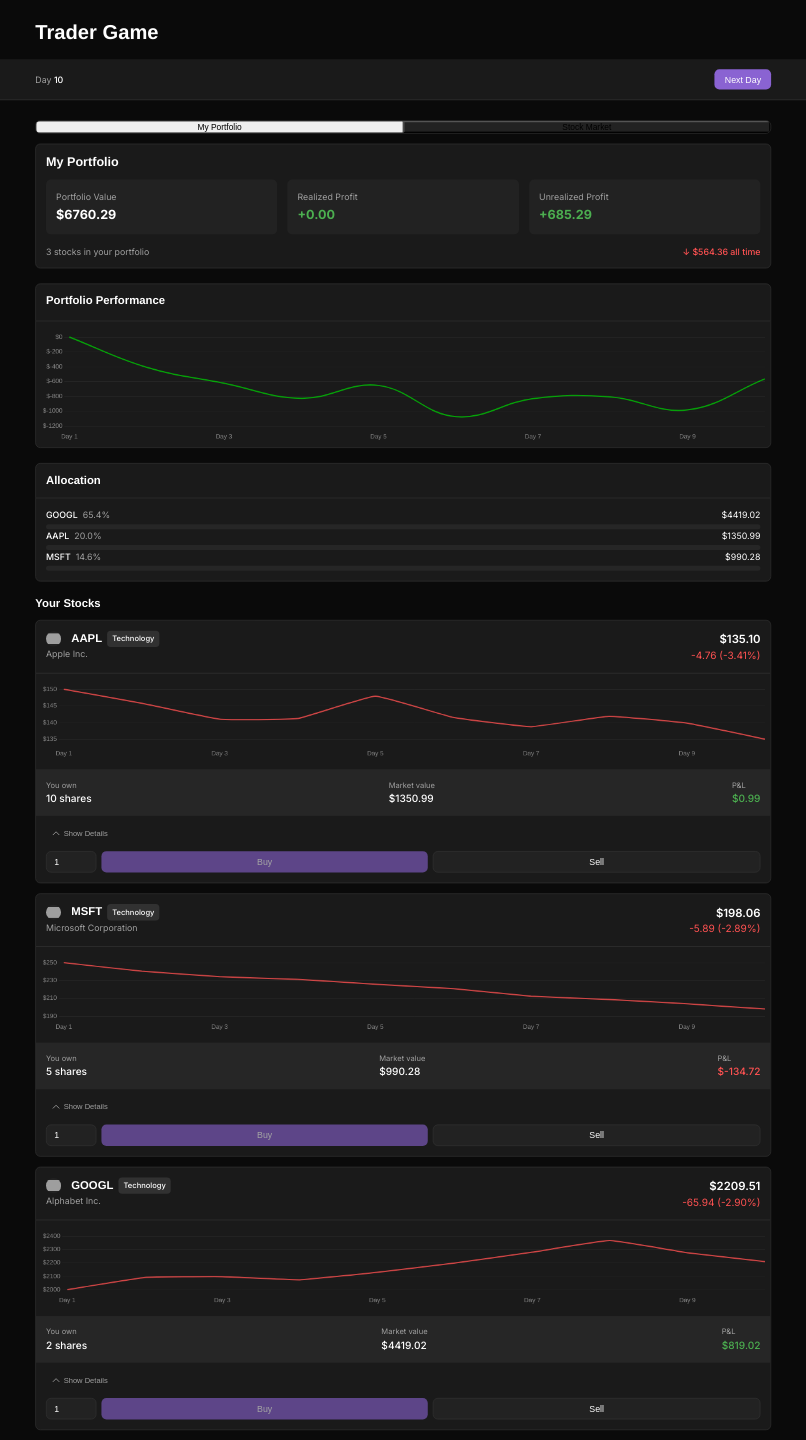
Repository: jp-valino/tradergame
Page: / (app in web-ui/)
The author's editor kept a copy of each file at every save. The page is drawn from the files as they stood at one save, then again after the next save.
The browser window is 1280 px wide. The pictures show the whole page, at 63% of full size.
Pictures or frames that could not be fetched are drawn as grey boxes. Some web fonts or font styles are not loaded; a fallback is used. The project was rebuilt for these pictures with package versions that can differ from the ones it lists, and the page was loaded fresh each time. Also part of the build but not shown: web-ui/src/components/StockMarket.tsx.

Above is the page before, as saved 2025-03-14 20:25:37.

### web-ui/public/index.html
<!DOCTYPE html>
<html lang="en">
  <head>
    <meta charset="utf-8" />
    <link rel="icon" href="%PUBLIC_URL%/favicon.ico" />
    <meta name="viewport" content="width=device-width, initial-scale=1" />
    <meta name="theme-color" content="#1e1e1e" />
    <meta
      name="description"
      content="Trader Game - A stock trading simulation game"
    />
    <link rel="apple-touch-icon" href="%PUBLIC_URL%/logo192.png" />
    <link rel="manifest" href="%PUBLIC_URL%/manifest.json" />
    <title>Trader Game</title>
    <link href="https://fonts.googleapis.com/css2?family=Switzer:wght@300;400;500;600;700&display=swap" rel="stylesheet">
  </head>
  <body>
    <noscript>You need to enable JavaScript to run this app.</noscript>
    <div id="root"></div>
    <!--
      This HTML file is a template.
      If you open it directly in the browser, you will see an empty page.

      You can add webfonts, meta tags, or analytics to this file.
      The build step will place the bundled scripts into the <body> tag.

      To begin the development, run `npm start` or `yarn start`.
      To create a production bundle, use `npm run build` or `yarn build`.
    -->
    <script>
      // Handle scrolling header effect
      document.addEventListener('DOMContentLoaded', function() {
        const handleScroll = () => {
          const header = document.querySelector('.site-header');
          if (header) {
            if (window.scrollY > 50) {
              header.classList.add('scrolled');
            } else {
              header.classList.remove('scrolled');
            }
          }
        };

        window.addEventListener('scroll', handleScroll);
        handleScroll(); // Initial check
      });
    </script>
  </body>
</html>

### web-ui/src/index.tsx
import React from 'react';
import ReactDOM from 'react-dom/client';
import App from './App';
import './styles/index.css';

const root = ReactDOM.createRoot(
  document.getElementById('root') as HTMLElement
);

root.render(
  <React.StrictMode>
    <App />
  </React.StrictMode>
);

### web-ui/src/App.tsx
import React, { useState, useEffect } from 'react';
import { StockPortfolio, StockTransaction } from './types';
import Header from './components/Header';
import StockMarket from './components/StockMarket';
import Portfolio from './components/Portfolio';
import {
  getPortfolio,
  getStocks,
  getStockPool,
  buyStock,
  sellStock,
  progressDay,
  resetPortfolio,
  savePortfolio,
  loadPortfolio,
  createStock
} from './services/api';
import './styles/index.css';

const App: React.FC = () => {
  const [portfolio, setPortfolio] = useState<StockPortfolio | null>(null);
  const [successMessage, setSuccessMessage] = useState<string | null>(null);
  const [errorMessage, setErrorMessage] = useState<string | null>(null);
  const [isScrolled, setIsScrolled] = useState(false);
  const [activeTab, setActiveTab] = useState<'portfolio' | 'market'>('portfolio');

  useEffect(() => {
    fetchPortfolio();

    // Add scroll event listener
    const handleScroll = () => {
      if (window.scrollY > 50) {
        setIsScrolled(true);
      } else {
        setIsScrolled(false);
      }
    };

    window.addEventListener('scroll', handleScroll);

    return () => {
      window.removeEventListener('scroll', handleScroll);
    };
  }, []);

  const fetchPortfolio = async () => {
    try {
      const data = await getPortfolio();
      setPortfolio(data);
    } catch (error) {
      console.error('Error fetching portfolio:', error);
      setErrorMessage('Failed to load portfolio data. Please try again.');
    }
  };

  const handleBuyStock = async (symbol: string, quantity: number) => {
    try {
      const transaction = await buyStock(symbol, quantity);
      setPortfolio(prevPortfolio => {
        if (!prevPortfolio) return null;

        // Find the stock in the portfolio
        const stockIndex = prevPortfolio.ownedStocks.findIndex(s => s.symbol === symbol);

        if (stockIndex >= 0) {
          // Update existing stock
          const updatedStocks = [...prevPortfolio.ownedStocks];
          updatedStocks[stockIndex] = {
            ...updatedStocks[stockIndex],
            quantity: updatedStocks[stockIndex].quantity + quantity,
            buyPrice: transaction.price
          };

          return {
            ...prevPortfolio,
            cash: prevPortfolio.cash - (transaction.price * quantity),
            ownedStocks: updatedStocks,
            portfolioValue: calculatePortfolioValue(updatedStocks),
            transactions: [...prevPortfolio.transactions, transaction]
          };
        } else {
          // Add new stock to portfolio
          const stockPool = prevPortfolio.stockPool;
          const stockToBuy = stockPool.find(s => s.symbol === symbol);

          if (!stockToBuy) return prevPortfolio;

          const newStock = {
            ...stockToBuy,
            quantity,
            buyPrice: transaction.price,
            potentialProfit: 0,
            realizedProfit: 0
          };

          return {
            ...prevPortfolio,
            cash: prevPortfolio.cash - (transaction.price * quantity),
            ownedStocks: [...prevPortfolio.ownedStocks, newStock],
            portfolioValue: calculatePortfolioValue([...prevPortfolio.ownedStocks, newStock]),
            transactions: [...prevPortfolio.transactions, transaction]
          };
        }
      });

      setSuccessMessage(`Successfully bought ${quantity} shares of ${symbol}`);
      setTimeout(() => setSuccessMessage(null), 3000);

      // Switch to portfolio tab after buying
      setActiveTab('portfolio');
    } catch (error) {
      console.error('Error buying stock:', error);
      setErrorMessage(`Failed to buy ${symbol}. Please try again.`);
      setTimeout(() => setErrorMessage(null), 3000);
    }
  };

  const handleSellStock = async (symbol: string, quantity: number) => {
    try {
      const transaction = await sellStock(symbol, quantity);
      setPortfolio(prevPortfolio => {
        if (!prevPortfolio) return null;

        // Find the stock in the portfolio
        const stockIndex = prevPortfolio.ownedStocks.findIndex(s => s.symbol === symbol);

        if (stockIndex >= 0) {
          const stock = prevPortfolio.ownedStocks[stockIndex];
          const updatedStocks = [...prevPortfolio.ownedStocks];

          if (stock.quantity <= quantity) {
            // Remove stock if selling all shares
            updatedStocks.splice(stockIndex, 1);
          } else {
            // Update quantity if selling some shares
            updatedStocks[stockIndex] = {
              ...stock,
              quantity: stock.quantity - quantity,
              realizedProfit: stock.realizedProfit + (transaction.price - stock.buyPrice) * quantity
            };
          }

          return {
            ...prevPortfolio,
            cash: prevPortfolio.cash + (transaction.price * quantity),
            ownedStocks: updatedStocks,
            portfolioValue: calculatePortfolioValue(updatedStocks),
            transactions: [...prevPortfolio.transactions, transaction]
          };
        }

        return prevPortfolio;
      });

      setSuccessMessage(`Successfully sold ${quantity} shares of ${symbol}`);
      setTimeout(() => setSuccessMessage(null), 3000);
    } catch (error) {
      console.error('Error selling stock:', error);
      setErrorMessage(`Failed to sell ${symbol}. Please try again.`);
      setTimeout(() => setErrorMessage(null), 3000);
    }
  };

  const handleProgressDay = async () => {
    try {
      const updatedPortfolio = await progressDay();
      setPortfolio(updatedPortfolio);
      setSuccessMessage('Successfully progressed to the next day');
      setTimeout(() => setSuccessMessage(null), 3000);
    } catch (error) {
      console.error('Error progressing day:', error);
      setErrorMessage('Failed to progress to the next day. Please try again.');
      setTimeout(() => setErrorMessage(null), 3000);
    }
  };

  const handleResetPortfolio = async () => {
    try {
      const newPortfolio = await resetPortfolio();
      setPortfolio(newPortfolio);
      setSuccessMessage('Portfolio has been reset');
      setTimeout(() => setSuccessMessage(null), 3000);
    } catch (error) {
      console.error('Error resetting portfolio:', error);
      setErrorMessage('Failed to reset portfolio. Please try again.');
      setTimeout(() => setErrorMessage(null), 3000);
    }
  };

  const handleSavePortfolio = async () => {
    try {
      await savePortfolio();
      setSuccessMessage('Portfolio saved successfully');
      setTimeout(() => setSuccessMessage(null), 3000);
    } catch (error) {
      console.error('Error saving portfolio:', error);
      setErrorMessage('Failed to save portfolio. Please try again.');
      setTimeout(() => setErrorMessage(null), 3000);
    }
  };

  const handleLoadPortfolio = async () => {
    try {
      const loadedPortfolio = await loadPortfolio();
      setPortfolio(loadedPortfolio);
      setSuccessMessage('Portfolio loaded successfully');
      setTimeout(() => setSuccessMessage(null), 3000);
    } catch (error) {
      console.error('Error loading portfolio:', error);
      setErrorMessage('Failed to load portfolio. Please try again.');
      setTimeout(() => setErrorMessage(null), 3000);
    }
  };

  const handleCreateStock = async (name: string, symbol: string, sector: string) => {
    try {
      const newStock = await createStock(name, symbol, sector);
      setPortfolio(prevPortfolio => {
        if (!prevPortfolio) return null;

        return {
          ...prevPortfolio,
          stockPool: [...prevPortfolio.stockPool, newStock]
        };
      });

      setSuccessMessage(`Successfully created new stock: ${symbol}`);
      setTimeout(() => setSuccessMessage(null), 3000);
    } catch (error) {
      console.error('Error creating stock:', error);
      setErrorMessage(`Failed to create stock ${symbol}. Please try again.`);
      setTimeout(() => setErrorMessage(null), 3000);
    }
  };

  const calculatePortfolioValue = (stocks: any[]) => {
    return stocks.reduce((total, stock) => total + (stock.currentPrice * stock.quantity), 0);
  };

  return (
    <div className="min-h-screen bg-background">
      <div className={`site-header ${isScrolled ? 'scrolled' : ''}`}>
        <div className="container">
          <h1 className="site-title">Trader Game</h1>
        </div>
      </div>

      <Header
        portfolio={portfolio}
        onProgressDay={handleProgressDay}
        onReset={handleResetPortfolio}
        onSave={handleSavePortfolio}
        onLoad={handleLoadPortfolio}
      />

      <main className="container py-4">
        {successMessage && (
          <div className="bg-success p-3 rounded mb-4 fade-in">
            <p>{successMessage}</p>
          </div>
        )}

        {errorMessage && (
          <div className="bg-error p-3 rounded mb-4 fade-in">
            <p>{errorMessage}</p>
          </div>
        )}

        {/* Tab Navigation */}
        <div className="card mb-4 overflow-hidden">
          <div className="flex">
            <button
              className={`flex-1 py-3 px-4 font-medium ${activeTab === 'portfolio' ? 'bg-accent text-white' : 'bg-secondary'}`}
              onClick={() => setActiveTab('portfolio')}
            >
              My Portfolio
            </button>
            <button
              className={`flex-1 py-3 px-4 font-medium ${activeTab === 'market' ? 'bg-accent text-white' : 'bg-secondary'}`}
              onClick={() => setActiveTab('market')}
            >
              Stock Market
            </button>
          </div>
        </div>

        {/* Tab Content */}
        <div className="tab-content">
          {portfolio && activeTab === 'portfolio' && (
            <Portfolio
              stocks={portfolio.ownedStocks}
              pnlHistory={portfolio.pnlHistory}
              onSell={handleSellStock}
            />
          )}

          {portfolio && activeTab === 'market' && (
            <StockMarket
              stocks={portfolio.stockPool}
              onBuy={handleBuyStock}
              onCreateStock={handleCreateStock}
              marketState={portfolio.marketState}
            />
          )}
        </div>
      </main>
    </div>
  );
};

export default App;

### web-ui/src/components/Header.tsx
import React from 'react';
import { StockPortfolio } from '../types';

interface HeaderProps {
  portfolio: StockPortfolio | null;
  onProgressDay: () => void;
  onReset: () => void;
  onSave: () => void;
  onLoad: () => void;
}

const Header: React.FC<HeaderProps> = ({
  portfolio,
  onProgressDay,
  onReset,
  onSave,
  onLoad
}) => {
  return (
    <div className="app-header mb-4">
      <div className="container flex justify-between items-center">
        <div className="flex items-center">
          <div className="mr-8">
            <p className="text-secondary text-sm">
              Day <span className="text-primary font-medium">{portfolio?.tradingDay || 1}</span>
            </p>
          </div>

          {portfolio && (
            <div className="hidden md:flex items-center">
              <div className="stock-badge mr-2 badge-bull">
                <span className={`${portfolio.marketState === 'BULL' ? 'text-success' : 'text-secondary'}`}>
                  BULL
                </span>
              </div>
              <div className="stock-badge mr-2 badge-bear">
                <span className={`${portfolio.marketState === 'BEAR' ? 'text-error' : 'text-secondary'}`}>
                  BEAR
                </span>
              </div>
            </div>
          )}
        </div>

        <div className="hidden md:flex gap-6">
          {portfolio && (
            <div className="text-right">
              <p className="text-secondary text-xs">Cash</p>
              <p className="text-lg font-medium">
                ${portfolio.cash.toFixed(2)}
              </p>
            </div>
          )}
          {portfolio && (
            <div className="text-right">
              <p className="text-secondary text-xs">Portfolio Value</p>
              <p className="text-lg font-medium">
                ${portfolio.portfolioValue.toFixed(2)}
              </p>
            </div>
          )}
          {portfolio && (
            <div className="text-right">
              <p className="text-secondary text-xs">Total P&L</p>
              <p className={`text-lg font-medium ${portfolio.totalPnl >= 0 ? 'text-success' : 'text-error'}`}>
                ${portfolio.totalPnl.toFixed(2)}
              </p>
            </div>
          )}
        </div>

        <div className="flex gap-2">
          <button className="btn" onClick={onProgressDay}>
            Next Day
          </button>
          <div className="hidden md:flex gap-2">
            <button className="btn btn-secondary" onClick={onSave}>
              Save
            </button>
            <button className="btn btn-secondary" onClick={onLoad}>
              Load
            </button>
            <button className="btn btn-secondary" onClick={onReset}>
              Reset
            </button>
          </div>
          <div className="md:hidden">
            <button className="btn btn-secondary p-2" onClick={() => {
              const menu = document.getElementById('mobile-menu');
              if (menu) {
                menu.classList.toggle('hidden');
              }
            }}>
              ☰
            </button>
          </div>
        </div>
      </div>

      {/* Mobile menu */}
      <div id="mobile-menu" className="hidden md:hidden mt-4 p-4 bg-secondary rounded fade-in">
        <div className="flex justify-between mb-4">
          {portfolio && (
            <div>
              <p className="text-secondary text-xs">Cash</p>
              <p className="text-md font-medium">
                ${portfolio.cash.toFixed(2)}
              </p>
            </div>
          )}
          {portfolio && (
            <div>
              <p className="text-secondary text-xs">Portfolio Value</p>
              <p className="text-md font-medium">
                ${portfolio.portfolioValue.toFixed(2)}
              </p>
            </div>
          )}
        </div>
        <div className="flex gap-2 justify-between">
          <button className="btn btn-secondary flex-1" onClick={onSave}>
            Save
          </button>
          <button className="btn btn-secondary flex-1" onClick={onLoad}>
            Load
          </button>
          <button className="btn btn-secondary flex-1" onClick={onReset}>
            Reset
          </button>
        </div>
      </div>
    </div>
  );
};

export default Header;

### web-ui/src/services/api.ts
import axios from 'axios';
import { Stock, StockPortfolio, StockTransaction, NewStockRequest } from '../types';
import {
  getMockPortfolio,
  mockBuyStock,
  mockSellStock,
  mockProgressDay,
  mockResetPortfolio,
  mockCreateStock
} from './mockData';

// Flag to determine whether to use mock data or real API
const USE_MOCK_DATA = true;

const API_URL = '/api/portfolio';

export const getPortfolio = async (): Promise<StockPortfolio> => {
  if (USE_MOCK_DATA) {
    // Simulate network delay
    await new Promise(resolve => setTimeout(resolve, 500));
    return getMockPortfolio();
  }

  const response = await axios.get<StockPortfolio>(API_URL);
  return response.data;
};

export const getStocks = async (): Promise<Stock[]> => {
  if (USE_MOCK_DATA) {
    // Simulate network delay
    await new Promise(resolve => setTimeout(resolve, 500));
    return getMockPortfolio().stocks;
  }

  const response = await axios.get<Stock[]>(`${API_URL}/stocks`);
  return response.data;
};

export const getStockPool = async (): Promise<Stock[]> => {
  if (USE_MOCK_DATA) {
    // Simulate network delay
    await new Promise(resolve => setTimeout(resolve, 500));
    return getMockPortfolio().stockPool;
  }

  const response = await axios.get<Stock[]>(`${API_URL}/pool`);
  return response.data;
};

export const buyStock = async (symbol: string, quantity: number): Promise<StockTransaction> => {
  if (USE_MOCK_DATA) {
    // Simulate network delay
    await new Promise(resolve => setTimeout(resolve, 500));
    const result = mockBuyStock(symbol, quantity);
    return {
      symbol,
      quantity,
      price: result.price,
      type: 'BUY',
      date: new Date().toISOString()
    };
  }

  const response = await axios.post<StockTransaction>(`${API_URL}/buy`, { symbol, quantity });
  return response.data;
};

export const sellStock = async (symbol: string, quantity: number): Promise<StockTransaction> => {
  if (USE_MOCK_DATA) {
    // Simulate network delay
    await new Promise(resolve => setTimeout(resolve, 500));
    const result = mockSellStock(symbol, quantity);
    return {
      symbol,
      quantity,
      price: result.price,
      type: 'SELL',
      date: new Date().toISOString()
    };
  }

  const response = await axios.post<StockTransaction>(`${API_URL}/sell`, { symbol, quantity });
  return response.data;
};

export const progressDay = async (): Promise<StockPortfolio> => {
  if (USE_MOCK_DATA) {
    // Simulate network delay
    await new Promise(resolve => setTimeout(resolve, 500));
    mockProgressDay();
    return getMockPortfolio();
  }

  const response = await axios.post<StockPortfolio>(`${API_URL}/progress-day`);
  return response.data;
};

export const resetPortfolio = async (): Promise<StockPortfolio> => {
  if (USE_MOCK_DATA) {
    // Simulate network delay
    await new Promise(resolve => setTimeout(resolve, 500));
    mockResetPortfolio();
    return getMockPortfolio();
  }

  const response = await axios.post<StockPortfolio>(`${API_URL}/reset`);
  return response.data;
};

export const savePortfolio = async (): Promise<void> => {
  if (USE_MOCK_DATA) {
    // Simulate network delay
    await new Promise(resolve => setTimeout(resolve, 500));
    // In mock mode, we don't need to do anything for save
    return;
  }

  await axios.post(`${API_URL}/save`);
};

export const loadPortfolio = async (): Promise<StockPortfolio> => {
  if (USE_MOCK_DATA) {
    // Simulate network delay
    await new Promise(resolve => setTimeout(resolve, 500));
    // In mock mode, just return the current portfolio
    return getMockPortfolio();
  }

  const response = await axios.post<StockPortfolio>(`${API_URL}/load`);
  return response.data;
};

export const createStock = async (name: string, symbol: string, sector: string): Promise<Stock> => {
  if (USE_MOCK_DATA) {
    // Simulate network delay
    await new Promise(resolve => setTimeout(resolve, 500));
    mockCreateStock(name, symbol, sector);
    const portfolio = getMockPortfolio();
    return portfolio.stockPool.find(s => s.symbol === symbol) as Stock;
  }

  const response = await axios.post<Stock>(`${API_URL}/create-stock`, { name, symbol, sector });
  return response.data;
};

Loaded but not shown: web-ui/src/styles/index.css (651 lines, source omitted); web-ui/src/components/StockCard.tsx (333 lines, source omitted); web-ui/src/services/mockData.ts (294 lines, source omitted); web-ui/src/components/Portfolio.tsx (251 lines, source omitted)

After the next save:
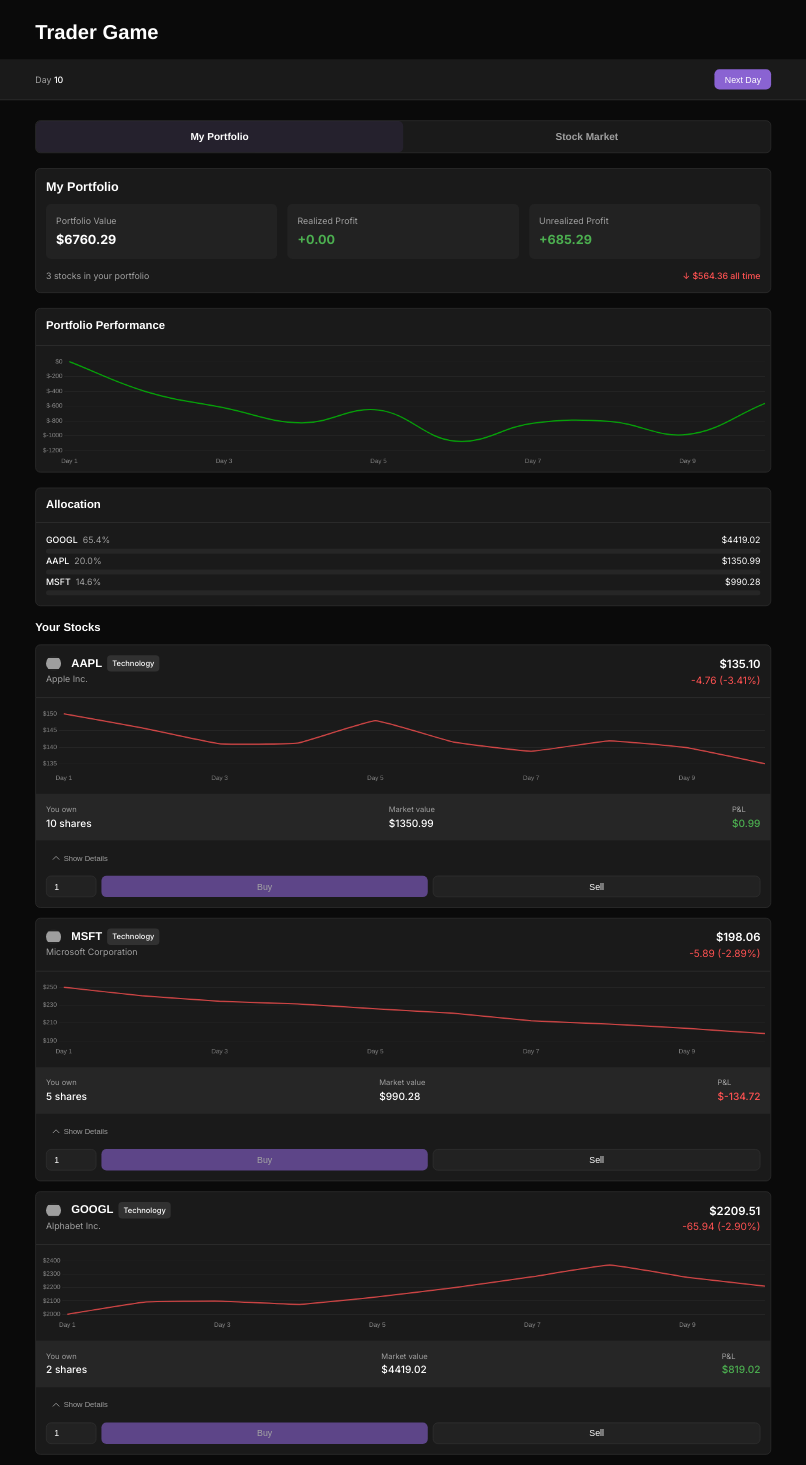
Saved 41 s later.
--- a/web-ui/src/App.tsx
+++ b/web-ui/src/App.tsx
@@ -267,21 +267,20 @@
         )}
 
         {/* Tab Navigation */}
-        <div className="card mb-4 overflow-hidden">
-          <div className="flex">
-            <button
-              className={`flex-1 py-3 px-4 font-medium ${activeTab === 'portfolio' ? 'bg-accent text-white' : 'bg-secondary'}`}
-              onClick={() => setActiveTab('portfolio')}
-            >
-              My Portfolio
-            </button>
-            <button
-              className={`flex-1 py-3 px-4 font-medium ${activeTab === 'market' ? 'bg-accent text-white' : 'bg-secondary'}`}
-              onClick={() => setActiveTab('market')}
-            >
-              Stock Market
-            </button>
-          </div>
+        <div className="tab-navigation">
+          <div className={`tab-indicator ${activeTab === 'market' ? 'market' : ''}`}></div>
+          <button
+            className={`tab-button ${activeTab === 'portfolio' ? 'active' : ''}`}
+            onClick={() => setActiveTab('portfolio')}
+          >
+            My Portfolio
+          </button>
+          <button
+            className={`tab-button ${activeTab === 'market' ? 'active' : ''}`}
+            onClick={() => setActiveTab('market')}
+          >
+            Stock Market
+          </button>
         </div>
 
         {/* Tab Content */}
